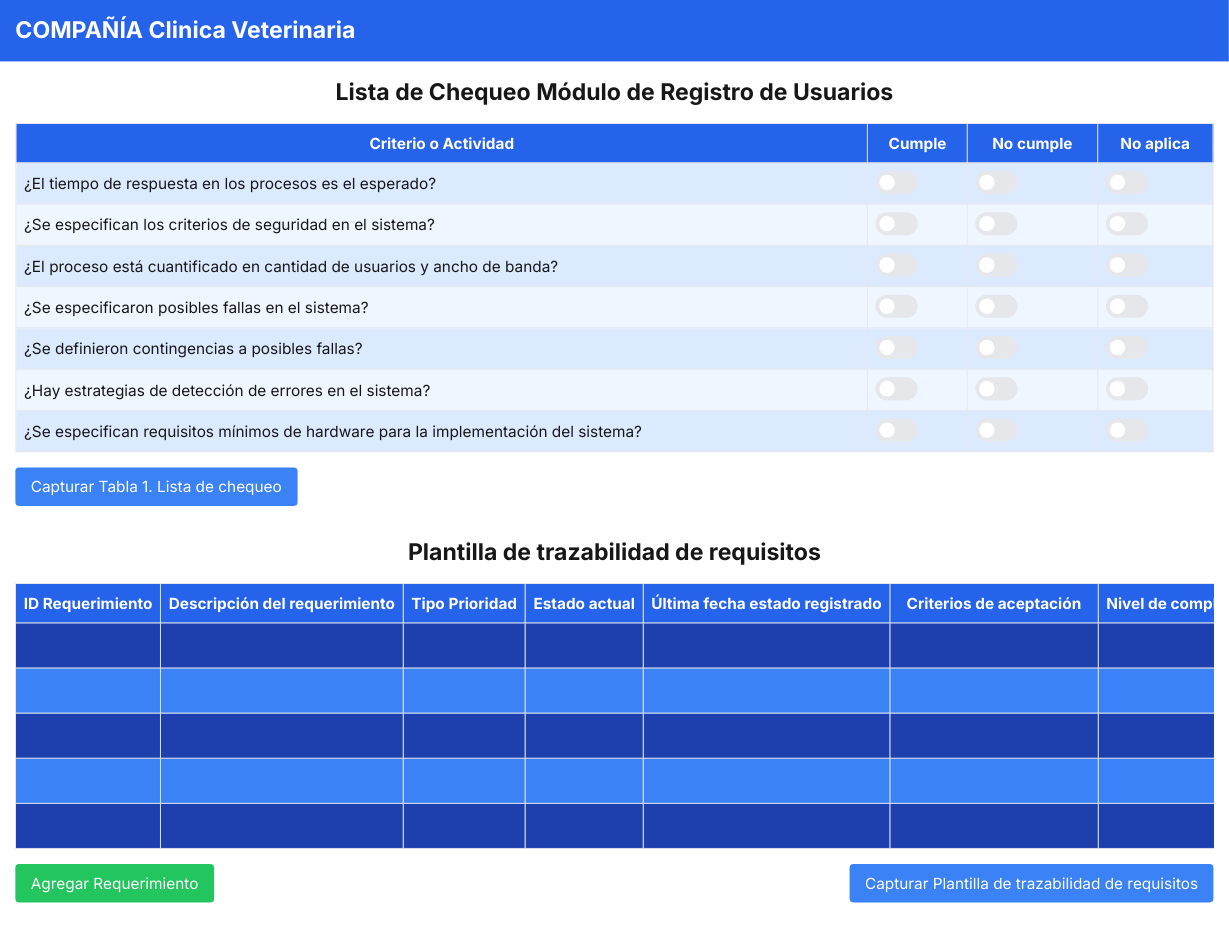
Repository: CiroAlfa/lista-de-Chequeo
Page: /
These files come from the project's save history. The page is drawn as it stood at one moment and after the next save; the edit follows.
The browser window is 1280 px wide. The pictures show the whole page, at 96% of full size.
The project was rebuilt for these pictures with package versions that can differ from the ones it lists, and the page was loaded fresh each time. The framework's server and built-in components were replaced by stand-ins that run in the browser. Also part of the build but not shown: next.config.mjs.

Above is the page before, as saved 2024-09-27 13:24:24.

### src/app/layout.tsx
import './globals.css'
import type { Metadata } from 'next'
import { Inter } from 'next/font/google'

const inter = Inter({ subsets: ['latin'] })

export const metadata: Metadata = {
  title: 'Checklist App - Clinica Veterinaria',
  description: 'Aplicación de chequeo y trazabilidad de requisitos',
}

export default function RootLayout({
  children,
}: {
  children: React.ReactNode
}) {
  return (
    <html lang="es">
      <body className={inter.className}>
        <header className="bg-blue-600 text-white p-4">
          <h1 className="text-2xl font-bold">COMPAÑÍA Clinica Veterinaria</h1>
        </header>
        {children}
      </body>
    </html>
  )
}

### src/app/page.tsx
'use client'

import { useState } from 'react'
import { Switch } from '@headlessui/react'
import html2canvas from 'html2canvas'

interface ChecklistItem {
  id: number
  criteria: string
  cumple: boolean
  noCumple: boolean
  noAplica: boolean
}

interface RequirementItem {
  id: string
  description: string
  priority: string
  status: string
  lastUpdated: string
  acceptanceCriteria: string
  complexity: string
  deliverables: string
  testScenarios: string
  stakeholder: string
}

const initialChecklist: ChecklistItem[] = [
  { id: 1, criteria: '¿El tiempo de respuesta en los procesos es el esperado?', cumple: false, noCumple: false, noAplica: false },
  { id: 2, criteria: '¿Se especifican los criterios de seguridad en el sistema?', cumple: false, noCumple: false, noAplica: false },
  { id: 3, criteria: '¿El proceso está cuantificado en cantidad de usuarios y ancho de banda?', cumple: false, noCumple: false, noAplica: false },
  { id: 4, criteria: '¿Se especificaron posibles fallas en el sistema?', cumple: false, noCumple: false, noAplica: false },
  { id: 5, criteria: '¿Se definieron contingencias a posibles fallas?', cumple: false, noCumple: false, noAplica: false },
  { id: 6, criteria: '¿Hay estrategias de detección de errores en el sistema?', cumple: false, noCumple: false, noAplica: false },
  { id: 7, criteria: '¿Se especifican requisitos mínimos de hardware para la implementación del sistema?', cumple: false, noCumple: false, noAplica: false },
]

const initialRequirements: RequirementItem[] = Array(5).fill(null).map((_, index) => ({
  id: ``,
  description: '',
  priority: '',
  status: '',
  lastUpdated: '',
  acceptanceCriteria: '',
  complexity: '',
  deliverables: '',
  testScenarios: '',
  stakeholder: '',
}))

export default function Home() {
  const [checklist, setChecklist] = useState<ChecklistItem[]>(initialChecklist)
  const [requirements, setRequirements] = useState<RequirementItem[]>(initialRequirements)

  const handleChecklistChange = (id: number, field: 'cumple' | 'noCumple' | 'noAplica') => {
    setChecklist(checklist.map(item => {
      if (item.id === id) {
        const newItem = { ...item, [field]: !item[field] }
        if (newItem[field]) {
          newItem.cumple = field === 'cumple'
          newItem.noCumple = field === 'noCumple'
          newItem.noAplica = field === 'noAplica'
        }
        return newItem
      }
      return item
    }))
  }

  const handleRequirementChange = (index: number, field: keyof RequirementItem, value: string) => {
    setRequirements(requirements.map((item, i) =>
      i === index ? { ...item, [field]: value } : item
    ))
  }

  const addRequirement = () => {
    setRequirements([...requirements, {
      id: '',
      description: '',
      priority: '',
      status: '',
      lastUpdated: '',
      acceptanceCriteria: '',
      complexity: '',
      deliverables: '',
      testScenarios: '',
      stakeholder: '',
    }])
  }

  const captureScreenshot = async (elementId: string, fileName: string) => {
    const element = document.getElementById(elementId)
    if (element) {
      const canvas = await html2canvas(element)
      const image = canvas.toDataURL('image/png')
      const link = document.createElement('a')
      link.href = image
      link.download = fileName
      link.click()
    }
  }

  return (
    <main className="container mx-auto p-4">
      <div className="mb-8" id="checklist-table">
        <h2 className="text-2xl font-bold mb-4 text-center">Lista de Chequeo Módulo de Registro de Usuarios</h2>
        <table className="w-full border-collapse">
          <thead>
            <tr className="bg-blue-600 text-white">
              <th className="border p-2">Criterio o Actividad</th>
              <th className="border p-2">Cumple</th>
              <th className="border p-2">No cumple</th>
              <th className="border p-2">No aplica</th>
            </tr>
          </thead>
          <tbody>
            {checklist.map((item, index) => (
              <tr key={item.id} className={index % 2 === 0 ? 'bg-blue-100' : 'bg-blue-50'}>
                <td className="border p-2">{item.criteria}</td>
                <td className="border p-2">
                  <Switch
                    checked={item.cumple}
                    onChange={() => handleChecklistChange(item.id, 'cumple')}
                    className={`${item.cumple ? 'bg-blue-600' : 'bg-gray-200'} relative inline-flex h-6 w-11 items-center rounded-full`}
                  >
                    <span className={`${item.cumple ? 'translate-x-6' : 'translate-x-1'} inline-block h-4 w-4 transform rounded-full bg-white transition`} />
                  </Switch>
                </td>
                <td className="border p-2">
                  <Switch
                    checked={item.noCumple}
                    onChange={() => handleChecklistChange(item.id, 'noCumple')}
                    className={`${item.noCumple ? 'bg-blue-600' : 'bg-gray-200'} relative inline-flex h-6 w-11 items-center rounded-full`}
                  >
                    <span className={`${item.noCumple ? 'translate-x-6' : 'translate-x-1'} inline-block h-4 w-4 transform rounded-full bg-white transition`} />
                  </Switch>
                </td>
                <td className="border p-2">
                  <Switch
                    checked={item.noAplica}
                    onChange={() => handleChecklistChange(item.id, 'noAplica')}
                    className={`${item.noAplica ? 'bg-blue-600' : 'bg-gray-200'} relative inline-flex h-6 w-11 items-center rounded-full`}
                  >
                    <span className={`${item.noAplica ? 'translate-x-6' : 'translate-x-1'} inline-block h-4 w-4 transform rounded-full bg-white transition`} />
                  </Switch>
                </td>
              </tr>
            ))}
          </tbody>
        </table>
        <button
          onClick={() => captureScreenshot('checklist-table', 'lista-de-chequeo.png')}
          className="mt-4 bg-blue-500 text-white px-4 py-2 rounded hover:bg-blue-600 transition-colors"
        >
          Capturar Tabla 1. Lista de chequeo
        </button>
      </div>

      <div className="mb-8" id="requirements-table">
        <h2 className="text-2xl font-bold mb-4 text-center">Plantilla de trazabilidad de requisitos</h2>
        <div className="overflow-x-auto">
          <table className="w-full border-collapse">
            <thead>
              <tr className="bg-blue-600 text-white">
                <th className="border p-2 whitespace-nowrap">ID Requerimiento</th>
                <th className="border p-2 whitespace-nowrap">Descripción del requerimiento</th>
                <th className="border p-2 whitespace-nowrap">Tipo Prioridad</th>
                <th className="border p-2 whitespace-nowrap">Estado actual</th>
                <th className="border p-2 whitespace-nowrap">Última fecha estado registrado</th>
                <th className="border p-2 whitespace-nowrap">Criterios de aceptación</th>
                <th className="border p-2 whitespace-nowrap">Nivel de complejidad</th>
                <th className="border p-2 whitespace-nowrap">Entregables</th>
                <th className="border p-2 whitespace-nowrap">Escenarios de pruebas</th>
                <th className="border p-2 whitespace-nowrap">Interesado en el requisito</th>
              </tr>
            </thead>
            <tbody>
              {requirements.map((item, index) => (
                <tr key={index} className={index % 2 === 0 ? 'bg-blue-800' : 'bg-blue-500'}>
                  <td className="border p-2">
                    <input
                      type="text"
                      value={item.id}
                      onChange={(e) => handleRequirementChange(index, 'id', e.target.value)}
                      className="w-full bg-transparent min-w-[100px]"
                    />
                  </td>
                  <td className="border p-2">
                    <textarea
                      value={item.description}
                      onChange={(e) => handleRequirementChange(index, 'description', e.target.value)}
                      className="w-full bg-transparent min-w-[200px] resize-none overflow-hidden"
                      rows={1}
                      onInput={(e) => {
                        e.currentTarget.style.height = 'auto'
                        e.currentTarget.style.height = e.currentTarget.scrollHeight + 'px'
                      }}
                    />
                  </td>
                  <td className="border p-2">
                    <input
                      type="text"
                      value={item.priority}
                      onChange={(e) => handleRequirementChange(index, 'priority', e.target.value)}
                      className="w-full bg-transparent min-w-[100px]"
                    />
                  </td>
                  <td className="border p-2">
                    <input
                      type="text"
                      value={item.status}
                      onChange={(e) => handleRequirementChange(index, 'status', e.target.value)}
                      className="w-full bg-transparent min-w-[100px]"
                    />
                  </td>
                  <td className="border p-2">
                    <input
                      type="text"
                      value={item.lastUpdated}
                      onChange={(e) => handleRequirementChange(index, 'lastUpdated', e.target.value)}
                      className="w-full bg-transparent min-w-[100px]"
                    />
                  </td>
                  <td className="border p-2">
                    <textarea
                      value={item.acceptanceCriteria}
                      onChange={(e) => handleRequirementChange(index, 'acceptanceCriteria', e.target.value)}
                      className="w-full bg-transparent min-w-[200px] resize-none overflow-hidden"
                      rows={1}
                      onInput={(e) => {
                        e.currentTarget.style.height = 'auto'
                        e.currentTarget.style.height = e.currentTarget.scrollHeight + 'px'
                      }}
                    />
                  </td>
                  <td className="border p-2">
                    <input
                      type="text"
                      value={item.complexity}
                      onChange={(e) => handleRequirementChange(index, 'complexity', e.target.value)}
                      className="w-full bg-transparent min-w-[100px]"
                    />
                  </td>
                  <td className="border p-2">
                    <textarea
                      value={item.deliverables}
                      onChange={(e) => handleRequirementChange(index, 'deliverables', e.target.value)}
                      className="w-full bg-transparent min-w-[200px] resize-none overflow-hidden"
                      rows={1}
                      onInput={(e) => {
                        e.currentTarget.style.height = 'auto'
                        e.currentTarget.style.height = e.currentTarget.scrollHeight + 'px'
                      }}
                    />
                  </td>
                  <td className="border p-2">
                    <textarea
                      value={item.testScenarios}
                      onChange={(e) => handleRequirementChange(index, 'testScenarios', e.target.value)}
                      className="w-full bg-transparent min-w-[200px] resize-none overflow-hidden"
                      rows={1}
                      onInput={(e) => {
                        e.currentTarget.style.height = 'auto'
                        e.currentTarget.style.height = e.currentTarget.scrollHeight + 'px'
                      }}
                    />
                  </td>
                  <td className="border p-2">
                    <input
                      type="text"
                      value={item.stakeholder}
                      onChange={(e) => handleRequirementChange(index, 'stakeholder', e.target.value)}
                      className="w-full bg-transparent min-w-[100px]"
                    />
                  </td>
                </tr>
              ))}
            </tbody>
          </table>
        </div>
        <div className="mt-4 flex justify-between">
          <button
            onClick={addRequirement}
            className="bg-green-500 text-white px-4 py-2 rounded hover:bg-green-600 transition-colors"
          >
            Agregar Requerimiento
          </button>
          <button
            onClick={() => captureScreenshot('requirements-table', 'plantilla-trazabilidad-requisitos.png')}
            className="bg-blue-500 text-white px-4 py-2 rounded hover:bg-blue-600 transition-colors"
          >
            Capturar Plantilla de trazabilidad de requisitos
          </button>
        </div>
      </div>
    </main>
  )
}

Loaded but not shown: src/app/globals.css (common file); tailwind.config.ts (common file)

After the next save:
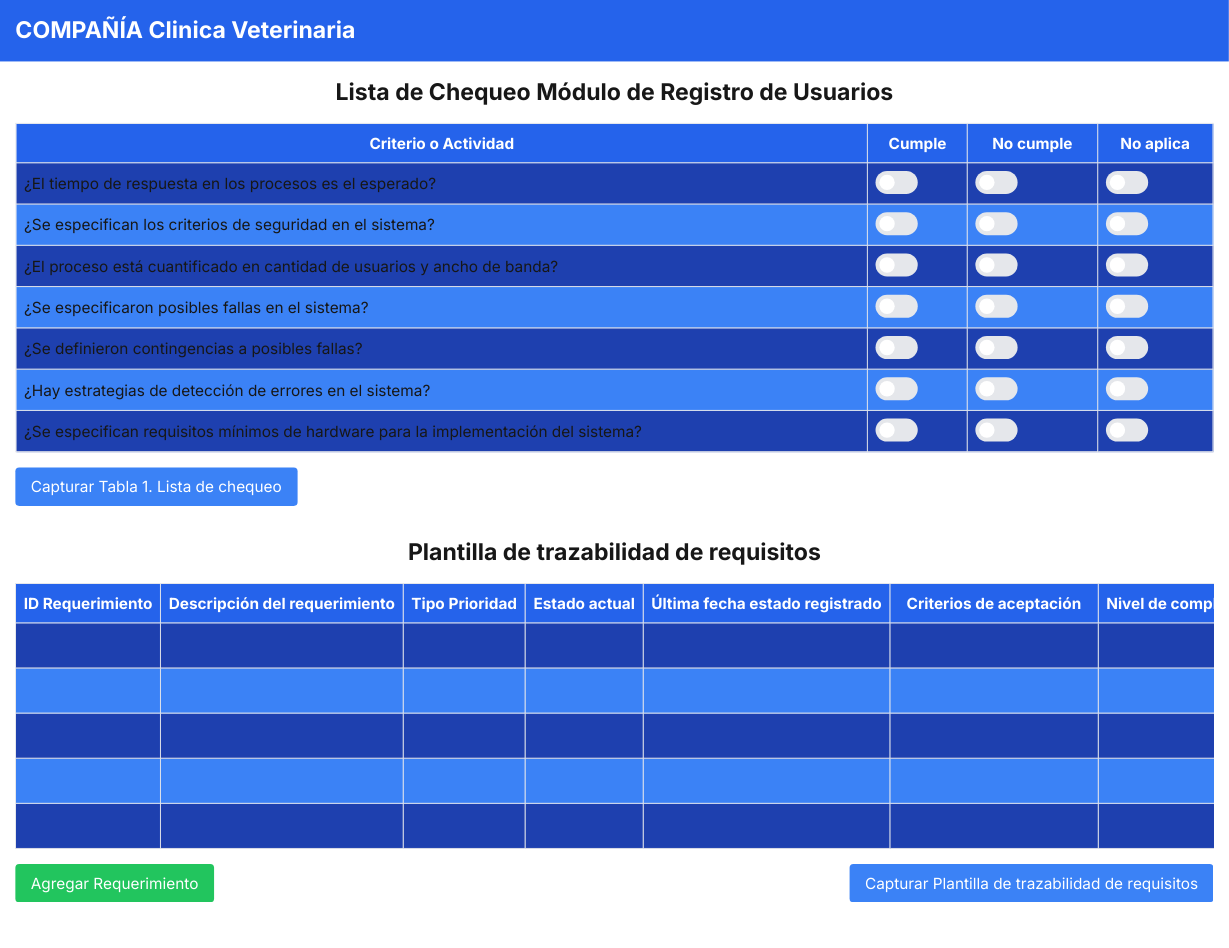
Saved 48 s later.
--- a/src/app/page.tsx
+++ b/src/app/page.tsx
@@ -115,7 +115,7 @@ export default function Home() {
           </thead>
           <tbody>
             {checklist.map((item, index) => (
-              <tr key={item.id} className={index % 2 === 0 ? 'bg-blue-100' : 'bg-blue-50'}>
+              <tr key={item.id} className={index % 2 === 0 ? 'bg-blue-800' : 'bg-blue-500'}>
                 <td className="border p-2">{item.criteria}</td>
                 <td className="border p-2">
                   <Switch
